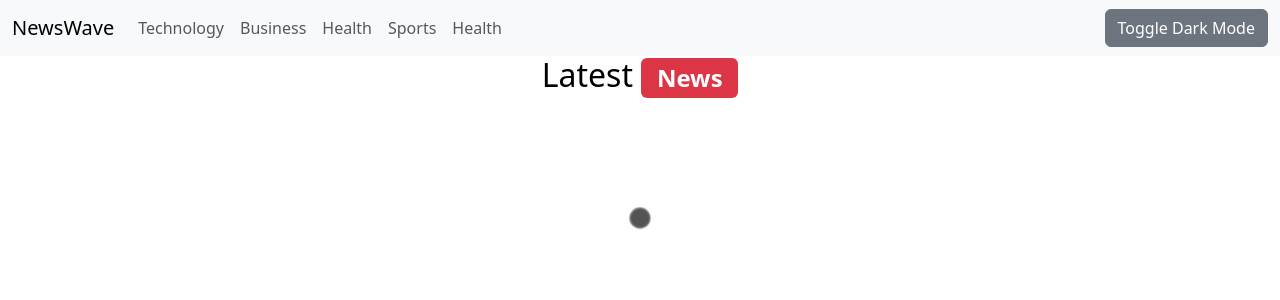
Repository: PranjalTripathi2003/news-wave
Page: /
An editor plug-in stored every save of this project. The page is shown before and after a run of saves, followed by the edit.
The browser window is 1280 px wide. The pictures show the whole page.
The page's requests for data from a server got no answer. The project was rebuilt for these pictures with package versions that can differ from the ones it lists, and the page was loaded fresh each time. No one was signed in, and anything a server would have sent is missing. Also part of the build but not shown: vite.config.js, src/styles/NewsItem.css, src/components/NewsItem.jsx.

Above is the page before, as saved 2024-07-26 11:48:18.

### index.html
<!DOCTYPE html>
<html lang="en">
  <head>
    <meta charset="UTF-8" />
    <meta name="viewport" content="width=device-width, initial-scale=1.0" />
    <title>NewsWave</title>
    <link
      href="https://cdn.jsdelivr.net/npm/bootstrap@5.3.3/dist/css/bootstrap.min.css"
      rel="stylesheet"
      integrity="sha384-QWTKZyjpPEjISv5WaRU9OFeRpok6YctnYmDr5pNlyT2bRjXh0JMhjY6hW+ALEwIH"
      crossorigin="anonymous"
    />
    <link rel="icon" href="data:[embedded picture, 141 characters]">
  </head>
  <body>
    <div id="root"></div>
    <script type="module" src="/src/main.jsx"></script>
    <script
      src="https://cdn.jsdelivr.net/npm/bootstrap@5.3.3/dist/js/bootstrap.bundle.min.js"
      integrity="sha384-YvpcrYf0tY3lHB60NNkmXc5s9fDVZLESaAA55NDzOxhy9GkcIdslK1eN7N6jIeHz"
      crossorigin="anonymous"
    ></script>
  </body>
</html>

### src/App.jsx
import React, { useState, useEffect } from "react";
import Navbar from "./components/Navbar";
import NewsBoard from "./components/NewsBoard";
import "./styles/DarkMode.css";

const App = () => {
  const [category, setCategory] = useState("general");
  const [darkMode, setDarkMode] = useState(false);

  const toggleDarkMode = () => {
    setDarkMode(!darkMode);
  };

  useEffect(() => {
    document.body.className = darkMode ? "dark-mode" : "light-mode";
  }, [darkMode]);

  return (
    <>
      <Navbar
        setCategory={setCategory}
        darkMode={darkMode}
        toggleDarkMode={toggleDarkMode}
      />
      <NewsBoard category={category} darkMode={darkMode} />
    </>
  );
};

export default App;

### src/components/Navbar.jsx
import React from "react";
import "../styles/Navbar.css"; // Adjust the path as necessary

const Navbar = ({ setCategory, toggleDarkMode }) => {
  return (
    <nav className="navbar navbar-expand-lg navbar-light bg-light">
      <div className="container-fluid">
        <a className="navbar-brand" href="#">
          NewsWave
        </a>
        <button
          className="navbar-toggler"
          type="button"
          data-bs-toggle="collapse"
          data-bs-target="#navbarNav"
          aria-controls="navbarNav"
          aria-expanded="false"
          aria-label="Toggle navigation"
        >
          <span className="navbar-toggler-icon"></span>
        </button>
        <div className="collapse navbar-collapse" id="navbarNav">
          <ul className="navbar-nav">
            <li className="nav-item">
              <div className="nav-link" onClick={() => setCategory("technology")}>
                Technology
              </div>
            </li>
            <li className="nav-item">
              <div className="nav-link" onClick={() => setCategory("business")}>
                Business
              </div>
            </li>
            <li className="nav-item">
              <div
                className="nav-link"
                onClick={() => setCategory("health")}
              >
                Health
              </div>
            </li>
            <li className="nav-item">
              <div
                className="nav-link"
                onClick={() => setCategory("sports")}
              >
                Sports
              </div>
            </li>
            <li className="nav-item">
              <div
                className="nav-link"
                onClick={() => setCategory("entertainment")}
              >
                Health
              </div>
            </li>
          </ul>
          <button
            className="btn btn-secondary ms-auto"
            onClick={toggleDarkMode}
          >
            Toggle Dark Mode
          </button>
        </div>
      </div>
    </nav>
  );
};

export default Navbar;

### src/components/NewsBoard.jsx
import React, { useEffect, useState } from "react";
import NewsItem from "./NewsItem";
import Spinner from "./Spinner";

const NewsBoard = ({ category, darkMode }) => {
  const [articles, setArticles] = useState([]);
  const [loading, setLoading] = useState(true);

  useEffect(() => {
    setLoading(true);
    let url = `https://newsapi.org/v2/top-headlines?country=in&category=${category}&apiKey=${
      import.meta.env.VITE_API_KEY
    }`;
    fetch(url).then((response) => {
      response.json().then((data) => {
        setArticles(data.articles);
        setLoading(false);
      });
    });
  }, [category]);

  return (
    <div className={darkMode ? "dark-mode" : "light-mode"}>
      <h2 className="text-center">
        Latest <span className="badge bg-danger">News</span>
      </h2>
      {loading ? (
        <Spinner />
      ) : (
        articles.map((news, index) => {
          return (
            <NewsItem
              key={index}
              title={news.title}
              description={news.description}
              src={news.urlToImage}
              url={news.url}
              darkMode={darkMode} // Pass dark mode state
            />
          );
        })
      )}
    </div>
  );
};

export default NewsBoard;

### src/styles/DarkMode.css
/* DarkMode.css */
body.dark-mode {
  background-color: #2E2E2E; /* Graying dark background */
  color: #ffffff;
}

body.light-mode {
  background-color: #ffffff;
  color: #000000;
}

.navbar-dark {
  background-color: #343a40 !important;
}

.navbar-light {
  background-color: #f8f9fa !important;
}

.bg-dark {
  background-color: #343a40 !important;
}

.text-light {
  color: #ffffff !important;
}

### src/styles/Navbar.css
/* Navbar.css */
.nav-link {
  cursor: pointer;
}

### src/components/Spinner.jsx
import React from "react";
import "../styles/Spinner.css";

const Spinner = () => {
  return (
    <div className="spinner">
      <div className="double-bounce1"></div>
      <div className="double-bounce2"></div>
    </div>
  );
};

export default Spinner;

### src/styles/Spinner.css
/* Spinner.css */
.spinner {
  width: 40px;
  height: 40px;
  position: relative;
  margin: 100px auto;
}

.double-bounce1,
.double-bounce2 {
  width: 100%;
  height: 100%;
  border-radius: 50%;
  background-color: #333;
  opacity: 0.6;
  position: absolute;
  top: 0;
  left: 0;
  animation: sk-bounce 2.0s infinite ease-in-out;
}

.double-bounce2 {
  animation-delay: -1.0s;
}

@keyframes sk-bounce {
  0%,
  100% {
    transform: scale(0);
  }
  50% {
    transform: scale(1);
  }
}

/* Dark mode styles */
body.dark-mode .spinner .double-bounce1,
body.dark-mode .spinner .double-bounce2 {
  background-color: #ffffff; /* White color for dark mode */
}

Loaded but not shown: src/main.jsx (common file)

After the next 2 saves:
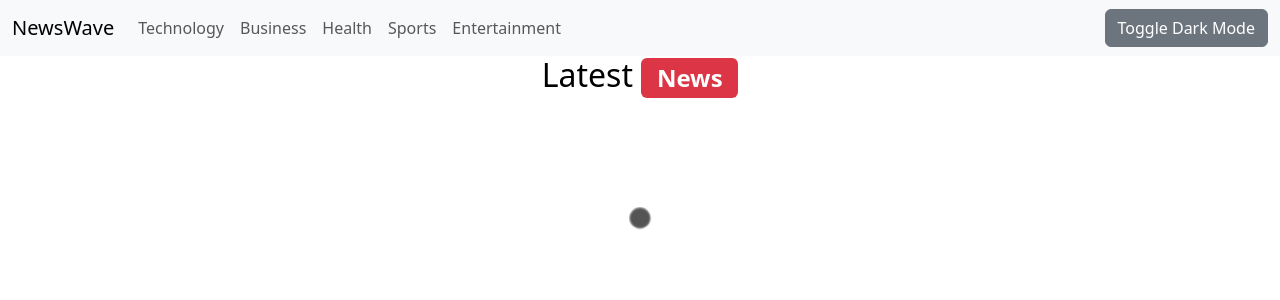
The 2 saves are shown as one change because they came seconds apart.
The last was saved 9 s later.
--- a/src/components/Navbar.jsx
+++ b/src/components/Navbar.jsx
@@ -22,7 +22,10 @@ const Navbar = ({ setCategory, toggleDarkMode }) => {
         <div className="collapse navbar-collapse" id="navbarNav">
           <ul className="navbar-nav">
             <li className="nav-item">
-              <div className="nav-link" onClick={() => setCategory("technology")}>
+              <div
+                className="nav-link"
+                onClick={() => setCategory("technology")}
+              >
                 Technology
               </div>
             </li>
@@ -32,18 +35,12 @@ const Navbar = ({ setCategory, toggleDarkMode }) => {
               </div>
             </li>
             <li className="nav-item">
-              <div
-                className="nav-link"
-                onClick={() => setCategory("health")}
-              >
+              <div className="nav-link" onClick={() => setCategory("health")}>
                 Health
               </div>
             </li>
             <li className="nav-item">
-              <div
-                className="nav-link"
-                onClick={() => setCategory("sports")}
-              >
+              <div className="nav-link" onClick={() => setCategory("sports")}>
                 Sports
               </div>
             </li>
@@ -52,7 +49,7 @@ const Navbar = ({ setCategory, toggleDarkMode }) => {
                 className="nav-link"
                 onClick={() => setCategory("entertainment")}
               >
-                Health
+                Entertainment
               </div>
             </li>
           </ul>
